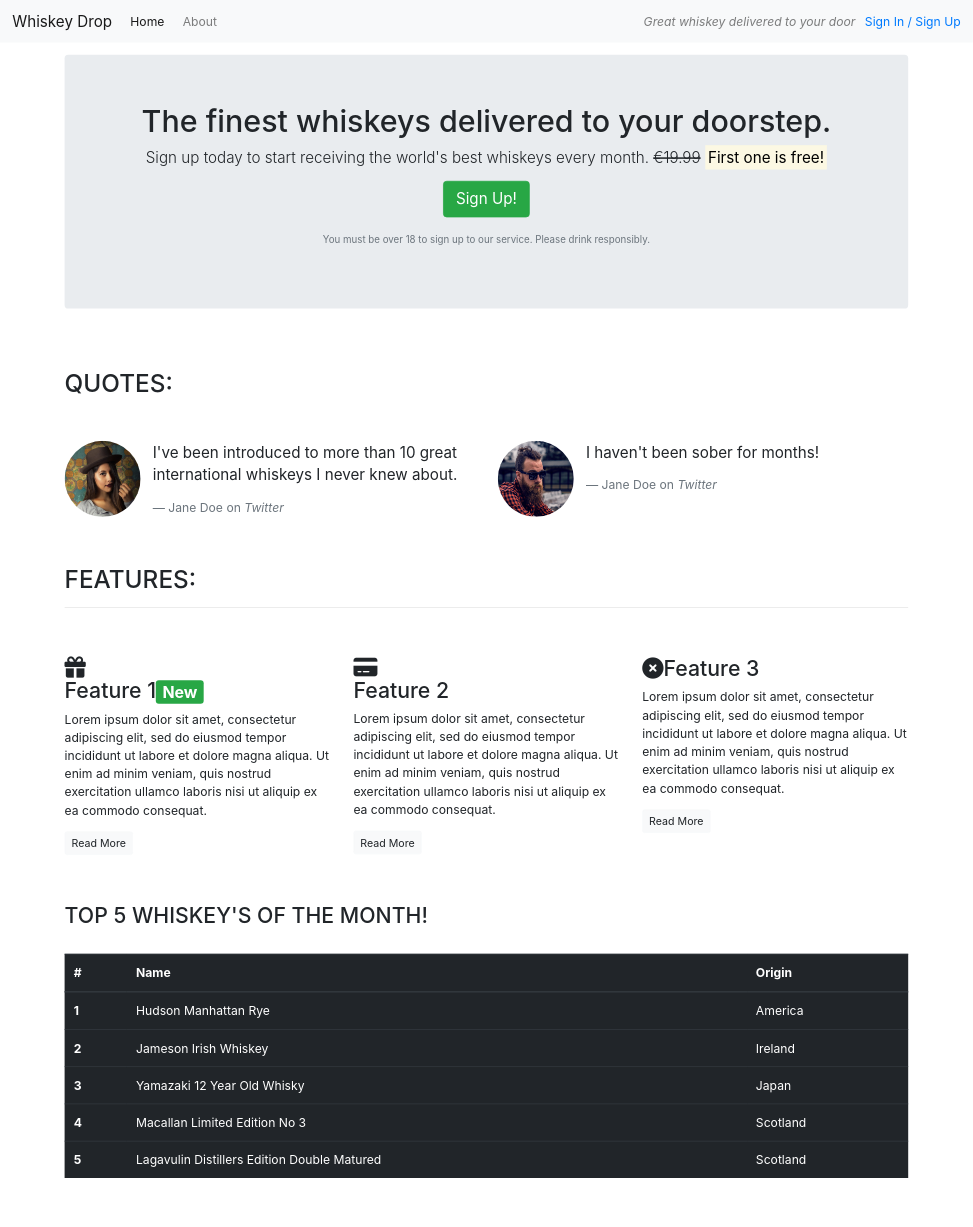
Repository: ClaireRoberts1403/Whiskey-Drop
Page: index.html
The author's editor kept a record of every edit. The page is drawn from the files as they stood at one moment, then again after the next edit.
The browser window is 1280 px wide. The pictures show the whole page, at 76% of full size.
Some web libraries are served in a nearby version.

Above is the page before.

After the next edit:
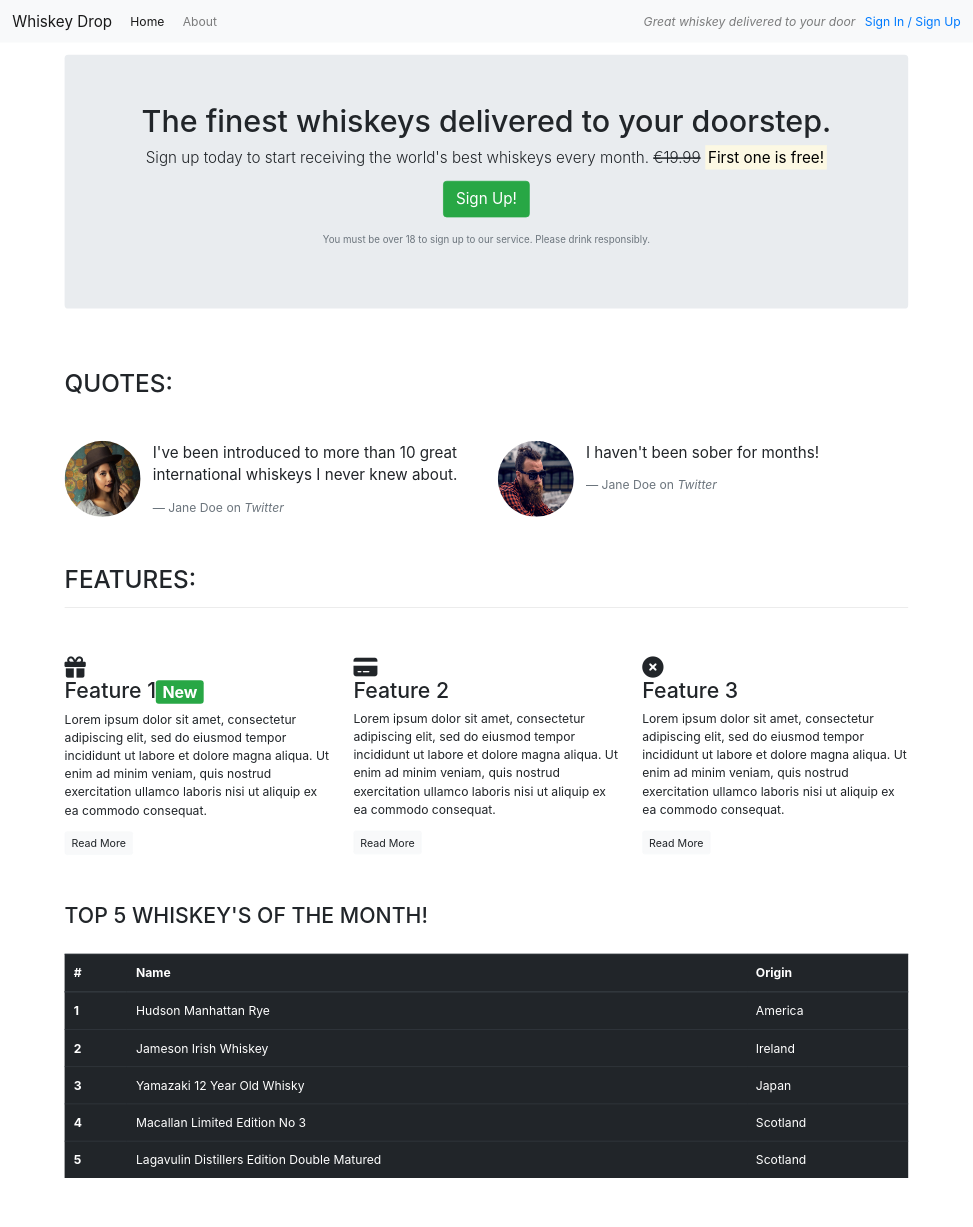
The edit:
--- a/index.html
+++ b/index.html
@@ -106,7 +106,7 @@
                 </div>
                 <div class="col-12 d-md-none d-lg-block col-lg-4">
                     <div class="feature">
-                        <h3><i class="fas fa-times-circle"></i>Feature 3</h3>
+                        <h3><i class="fas fa-times-circle d-none d-sm-block"></i>Feature 3</h3>
                         <p>Lorem ipsum dolor sit amet, consectetur adipiscing elit, sed do eiusmod tempor incididunt ut labore et dolore magna aliqua. Ut enim ad minim veniam, quis nostrud exercitation ullamco laboris nisi ut aliquip ex ea commodo consequat.</p>
                         <p><a class="btn btn-sm btn-light" href="">Read More</a></p>
                     </div>
